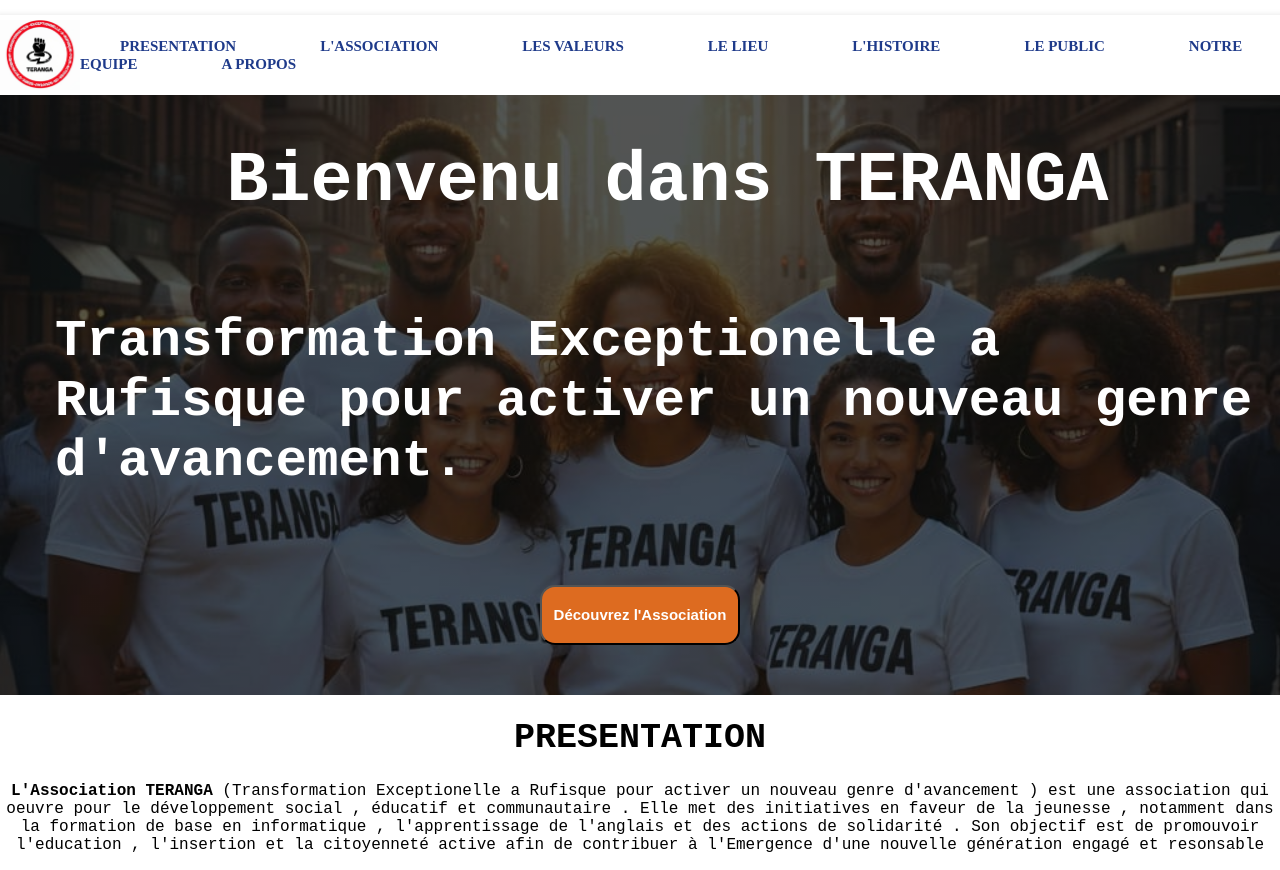
Repository: assanendao171/projet-teranga
Page: presentation.html
The author's editor kept a copy of each file at every save. The page is drawn from the files as they stood at one save, then again after the next save.
The browser window is 1280 px wide. The pictures show the whole page.

Above is the page before, as saved 2026-02-11 13:21:19.

### presentation.html
<!DOCTYPE html>
<html lang="en">
<head>
    <meta charset="UTF-8">
    <meta name="viewport" content="width=device-width, initial-scale=1.0">
    <title>Document</title>
    <link rel="stylesheet" href="presentation.css">
</head>
<body>
<!-- l'entete -->
 <header>
        <!-- logo -->
<img src="image/logo.jpeg" alt="" class="logo">
<div class="btn-nav">

    <nav>

<a href="presentation.html" target="_blank">PRESENTATION</a>
<a href="association.html" target="_blank">L'ASSOCIATION</a>
<a href="valeur.html" target="_blank">LES VALEURS</a>
<a href="lieu.html" target="_blank">LE LIEU</a>
<a href="histoire.html" target="_blank">L'HISTOIRE</a>
<a href="public.html" target="_blank">LE PUBLIC</a>
<a href="equipe.html" target="_blank">NOTRE EQUIPE</a>
<a href="propos.html" target="_blank">A PROPOS</a>
    </nav>
</div>
 </header>
 <!-- le hero -->
  <div class="hero">
<div class="texte-accrosse">
    <h1>Bienvenu dans TERANGA</h1>
    <h2>Transformation Exceptionelle a Rufisque pour activer un nouveau genre d'avancement.</h2>
</div>
<!-- btn-hero -->
 <div class="btn">
<button class="btn-hero">Découvrez l'Association</button>
</div>
  </div>
 <!-- le corps -->
  <main>
    <h1 id="h-presentation">PRESENTATION</h1>
    <p id="p-presentation"><strong>L'Association TERANGA </strong> (Transformation Exceptionelle a Rufisque pour activer un nouveau genre d'avancement ) est une association
    qui oeuvre pour le développement social , éducatif et communautaire . Elle met  des initiatives en faveur de la jeunesse , notamment dans la formation de base en informatique ,
    l'apprentissage de l'anglais et des actions de solidarité . Son objectif  est de promouvoir l'education , l'insertion et la citoyenneté active afin de contribuer
à l'Emergence d'une nouvelle génération engagé et resonsable</p>
  </main>
  <!-- le pieds -->
   <footer></footer>
</body>
</html>

### presentation.css
body{
    margin: 15px 0 5px 0;
}
header{
width: 100%;
height: 80px;
background-color: #FFFFFF;
box-shadow: 2px 6px 6px 6px rgba(0, 0, 0, 0.1);
display: flex;
align-items: center;
justify-content: center;
}
nav a{
    margin: 40px;
    color: #1E3A8A;
    text-decoration: none;
    font-size: 15px;
    font-weight:900;
}
nav a:hover{
    text-decoration: underline;
}
.logo{
    width: 80px;
left: 10px;
}
.hero{
  width:100%;
  height:600px ;
  background-image:
    linear-gradient(rgba(0, 0, 0, 0.6), rgba(0, 0, 0, 0.6)),
    url("image/background.jpeg");
  background-size: cover;
  background-position: top;
  background-repeat: no-repeat;
}
.texte-accrosse{
display: flex;
flex-direction: column;
justify-content: center;
align-items: center;
color: rgb(255, 255, 255);
font-size: 35px;
font-family: 'Courier New', Courier, monospace;
margin-left: 55px;
}
.btn-hero{
width: 200px;
height: 60px;
border-radius: 15px;
background-color: #DD6B20;
color: #FFFFFF;
font-size: 15px;
font-weight: 600;
}
.btn{
    padding: 50px;
    display: flex;
    flex-direction: column;
    justify-content: center;
    align-items: center;
}
#h-presentation{
    text-align: center;
    font-size: 35px;
font-family: 'Courier New', Courier, monospace;
}
#p-presentation{
    text-align: center;
font-family: 'Courier New', Courier, monospace;
}

After the next save:
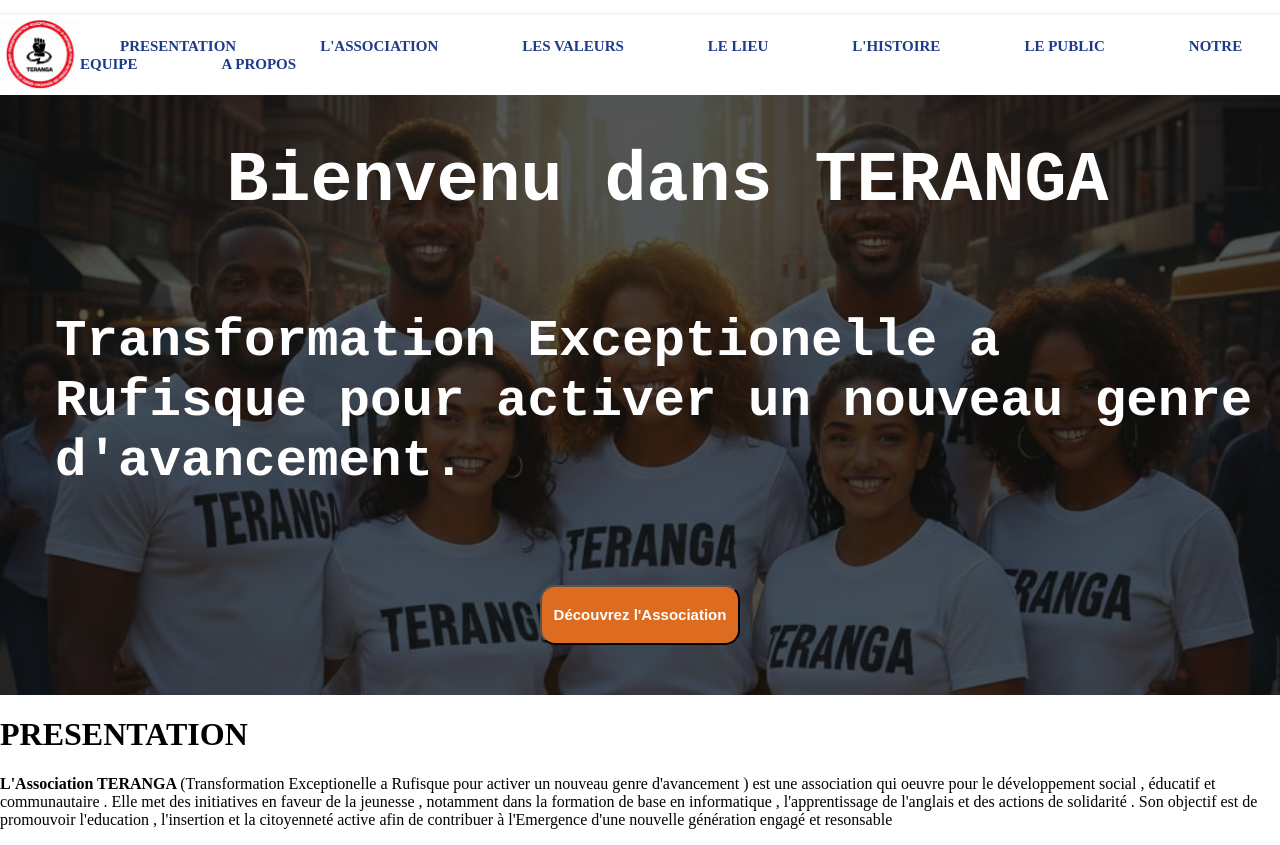
Saved 14 s later.
--- a/presentation.css
+++ b/presentation.css
@@ -60,7 +60,7 @@ font-weight: 600;
     justify-content: center;
     align-items: center;
 }
-#h-presentation{
+/* #h-presentation{
     text-align: center;
     font-size: 35px;
 font-family: 'Courier New', Courier, monospace;
@@ -68,4 +68,4 @@ font-family: 'Courier New', Courier, monospace;
 #p-presentation{
     text-align: center;
 font-family: 'Courier New', Courier, monospace;
-}
+} */

After the save that followed:
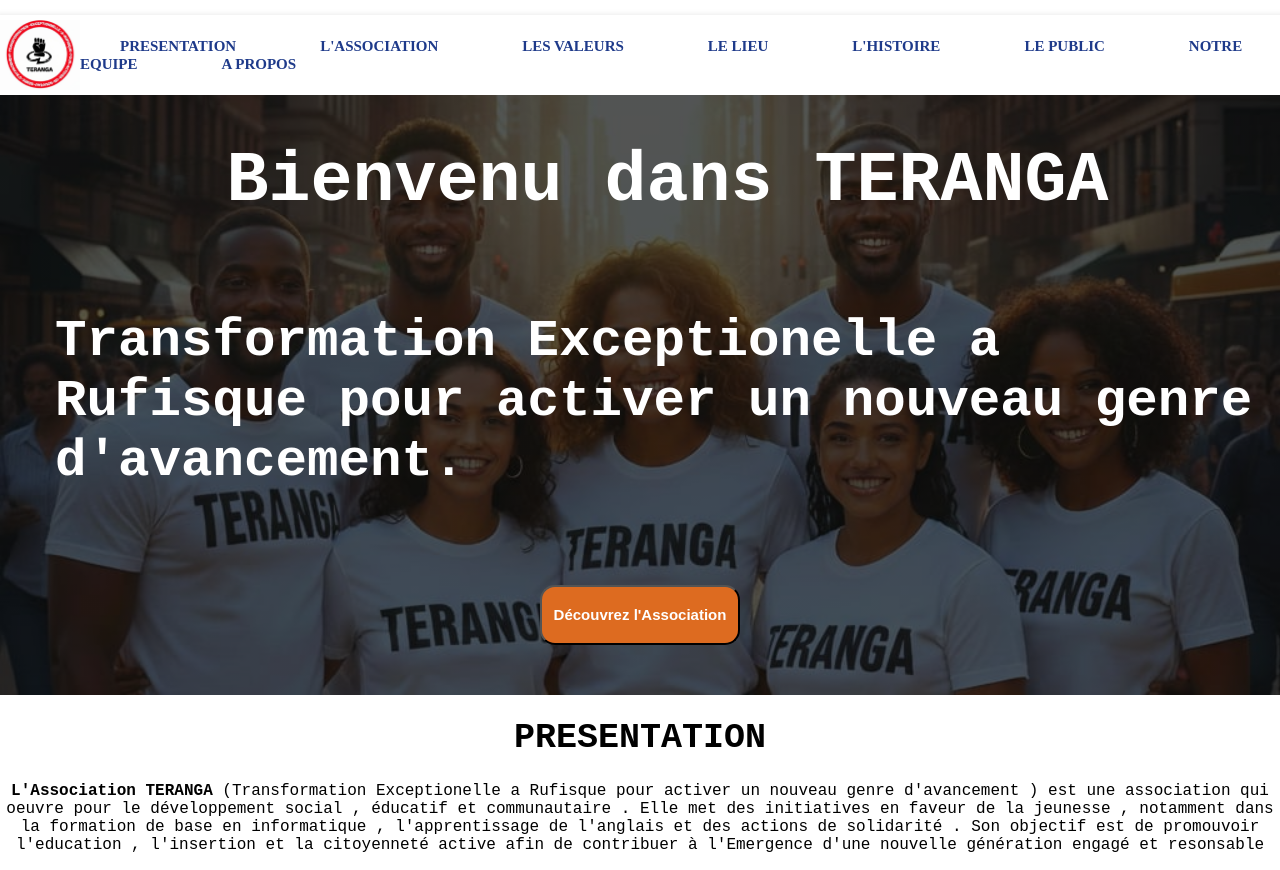
Saved 15 s later.
--- a/presentation.css
+++ b/presentation.css
@@ -60,7 +60,7 @@ font-weight: 600;
     justify-content: center;
     align-items: center;
 }
-/* #h-presentation{
+#h-presentation{
     text-align: center;
     font-size: 35px;
 font-family: 'Courier New', Courier, monospace;
@@ -68,4 +68,4 @@ font-family: 'Courier New', Courier, monospace;
 #p-presentation{
     text-align: center;
 font-family: 'Courier New', Courier, monospace;
-} */
+}
